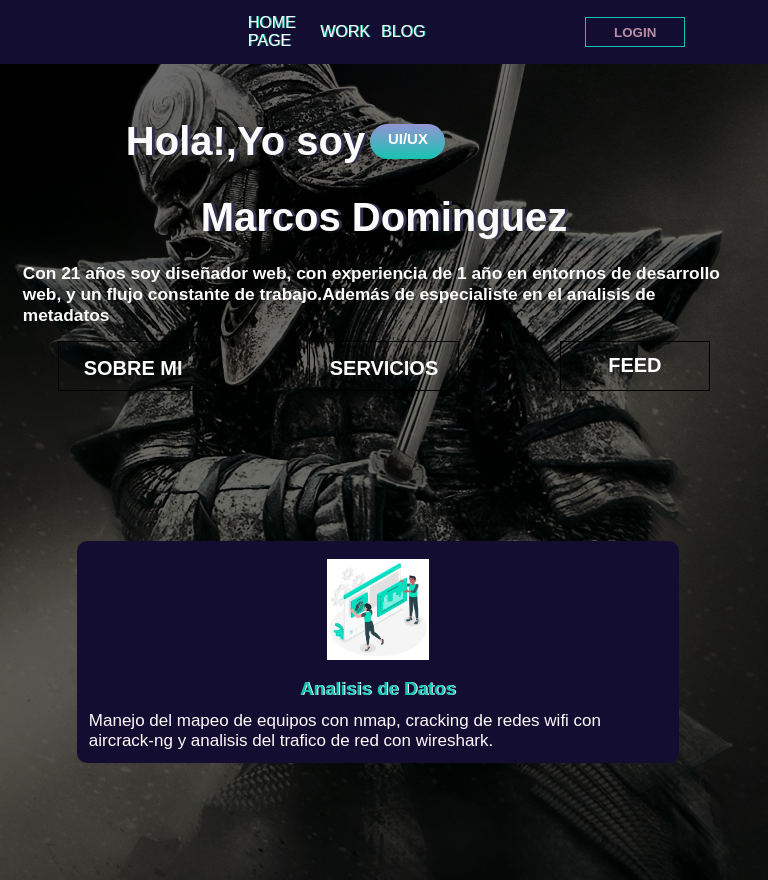
Repository: Sxcram02/Portfolio2
Page: http://localhost/
An editor plug-in stored every save of this project. The page is shown before and after the next save, followed by the edit.
The browser window is 768 px wide. The pictures show the whole page.
Some web fonts or font styles are not loaded; a fallback is used. The page is run by PHP 8.4 with error messages shown; the project is at /var/www/html/.

Above is the page before, as saved 2023-05-14 17:44:58.

After the next save:
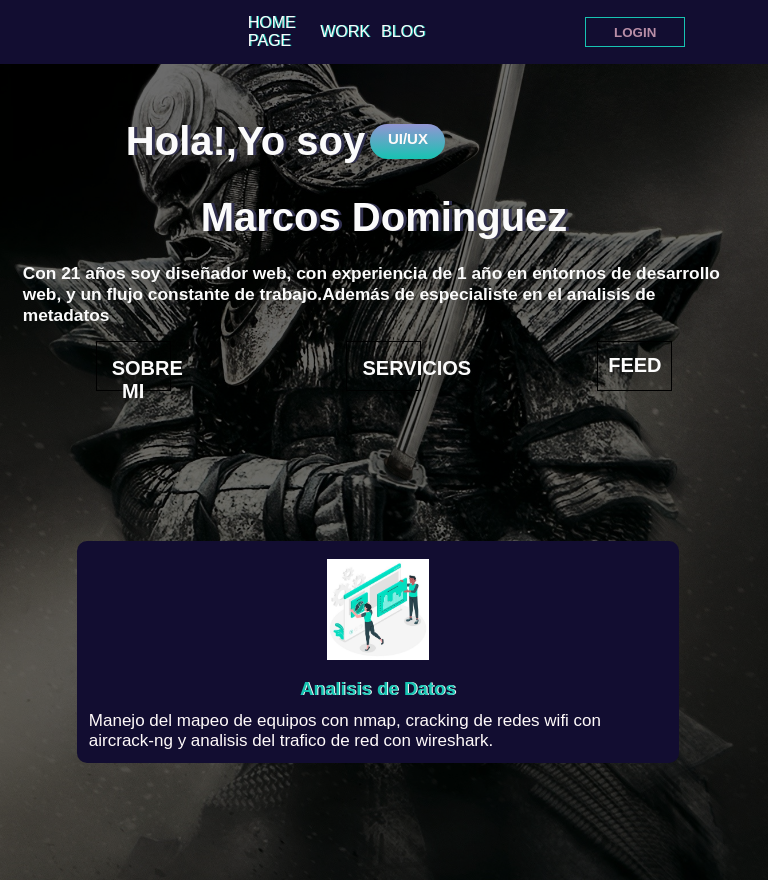
Saved 12 s later.
--- a/styles/index.css
+++ b/styles/index.css
@@ -209,7 +209,7 @@ body {
         justify-content: space-around;
     }
 
-    .box-inputs button {
+    #home_page .box-inputs button {
         width: 75px;
         color: #FBFBFB;
     }
